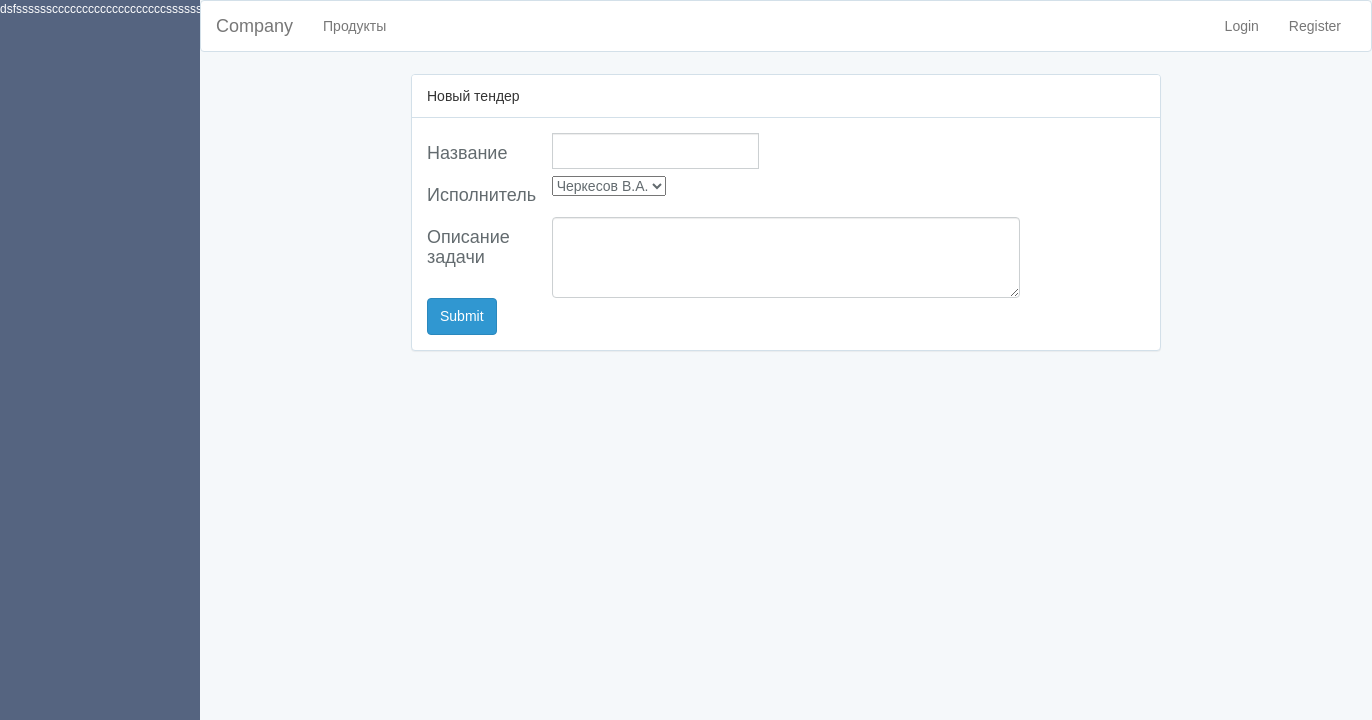
Repository: blackjack043/laravel-crud
Page: http://localhost/page2
These files come from the project's save history. The page is drawn as it stood at one moment and after the next save; the edit follows.
The browser window is 1280 px wide. The page is 1372 px wide, so the pictures cover 1372 px, including what lies to the right of the window. The pictures show the whole page.
Some web fonts or font styles are not loaded; a fallback is used. The page is served by the project's Laravel application, run on PHP 8.4 with Laravel 8.

Above is the page before, as saved 2022-03-06 21:20:43.

After the next save:
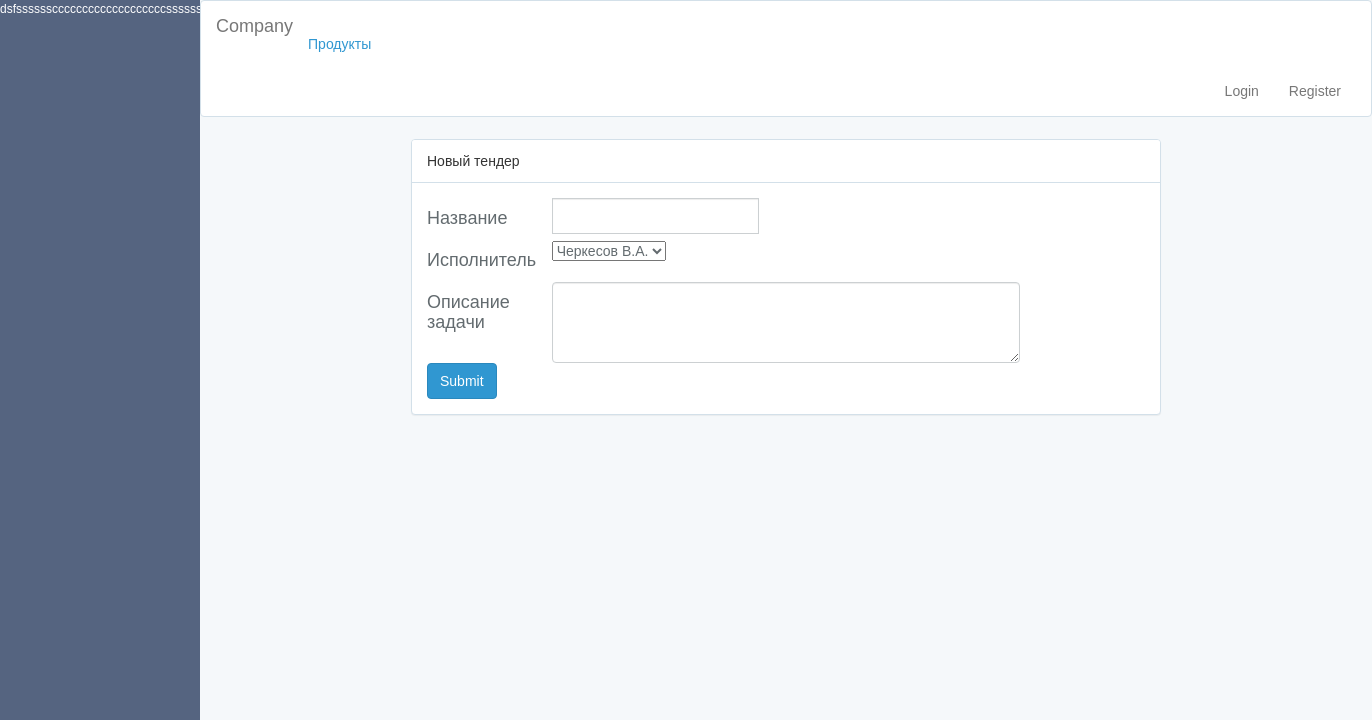
Saved 26 s later.
--- a/resources/views/layouts/app2.blade.php
+++ b/resources/views/layouts/app2.blade.php
@@ -39,7 +39,7 @@
 
                 <div class="collapse navbar-collapse" id="app-navbar-collapse">
                     <!-- Left Side Of Navbar -->
-                    <ul class="nav navbar-nav">
+                    <ul class="nav ">
                         &nbsp;
                         <li ><a href="#">Продукты</a></li>
                     </ul>
